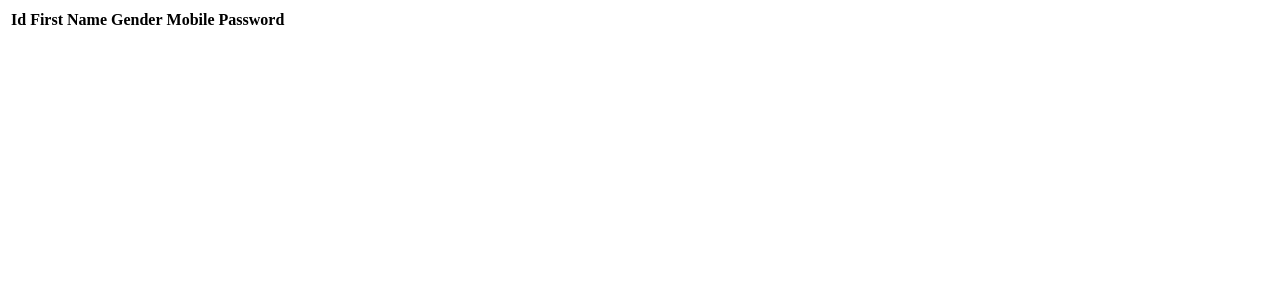
Repository: Manantop123/test
Page: http://localhost/website/show.jsp
The author's editor kept a copy of each file at every save. The page is drawn from the files as they stood at one save, then again after the next save.
The browser window is 1280 px wide. The pictures show the whole page.
The page is served by Tomcat 9.

Above is the page before, as saved 2022-10-30 11:22:10.

After the next save:
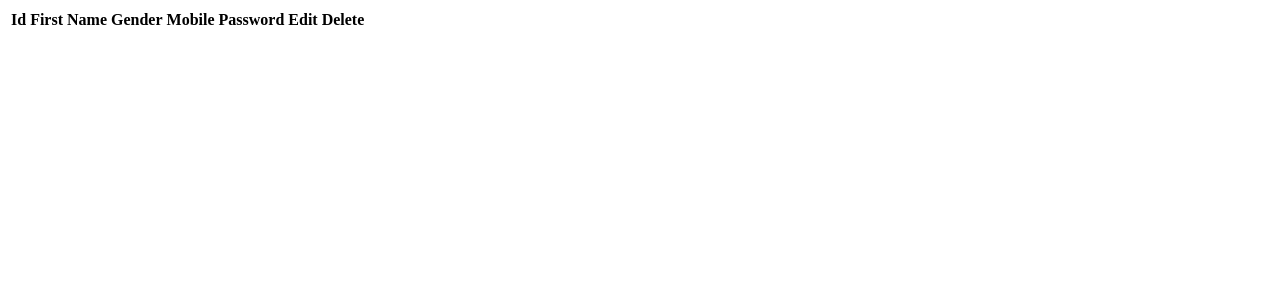
Saved 37 s later.
--- a/website/WebContent/show.jsp
+++ b/website/WebContent/show.jsp
@@ -14,6 +14,8 @@
 		<th>Gender</th>
 		<th>Mobile</th>
 		<th>Password</th>
+		<th>Edit</th>
+		<th>Delete</th>
 	</tr>
 </table>
 </body>
